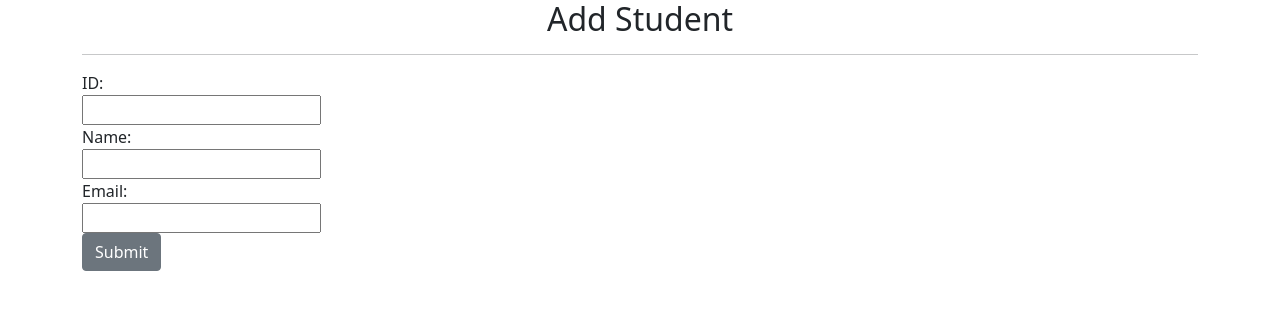
Repository: pradeep9689/monoceptAssignment
Page: http://localhost/09-student-mvc-db/addStudent.jsp
These files come from the project's save history. The page is drawn as it stood at one moment and after the next save; the edit follows.
The browser window is 1280 px wide. The pictures show the whole page.
The page is served by Tomcat 9. Other server files are loaded and not shown.

Above is the page before, as saved 2024-07-17 07:44:57.

### 09-student-mvc-db/WebContent/addStudent.jsp
<%@ page language="java" contentType="text/html; charset=ISO-8859-1"
    pageEncoding="ISO-8859-1"%>
<!DOCTYPE html>
<html>
<head>
<meta charset="ISO-8859-1">
<title>Insert title here</title>
 <link href="https://cdn.jsdelivr.net/npm/bootstrap@5.0.2/dist/css/bootstrap.min.css" rel="stylesheet" integrity="sha384-EVSTQN3/azprG1Anm3QDgpJLIm9Nao0Yz1ztcQTwFspd3yD65VohhpuuCOmLASjC" crossorigin="anonymous">
</head>
<body>
<div class="container">
<div class ="text-center">
 <h2>Add Student</h2>
 </div>
 <hr>
    <form action="" method="get">
        <label for="id"> ID:</label><br>
        <input type="text" id="student_id" name="stu_id" required><br>
        <label for="name">Name:</label><br>
        <input type="text" id="student_name" name="student_name"><br>
        <label for="mail">Email:</label><br>
        <input type="text" id="student_mail" name="student_mail"><br>

        <input type="submit" class="btn btn-secondary"  >
    </form>
    </div>
</body>
</html>

After the next save:
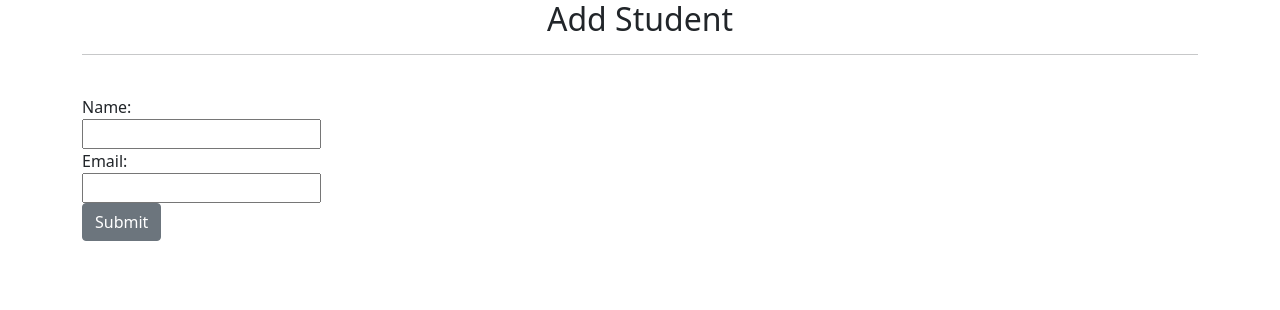
Saved 25 min 41 s later.
--- a/09-student-mvc-db/WebContent/addStudent.jsp
+++ b/09-student-mvc-db/WebContent/addStudent.jsp
@@ -14,8 +14,8 @@
  </div>
  <hr>
     <form action="" method="get">
-        <label for="id"> ID:</label><br>
-        <input type="text" id="student_id" name="stu_id" required><br>
+
+        <input type="hidden"  name="add" value=""add><br>
         <label for="name">Name:</label><br>
         <input type="text" id="student_name" name="student_name"><br>
         <label for="mail">Email:</label><br>
